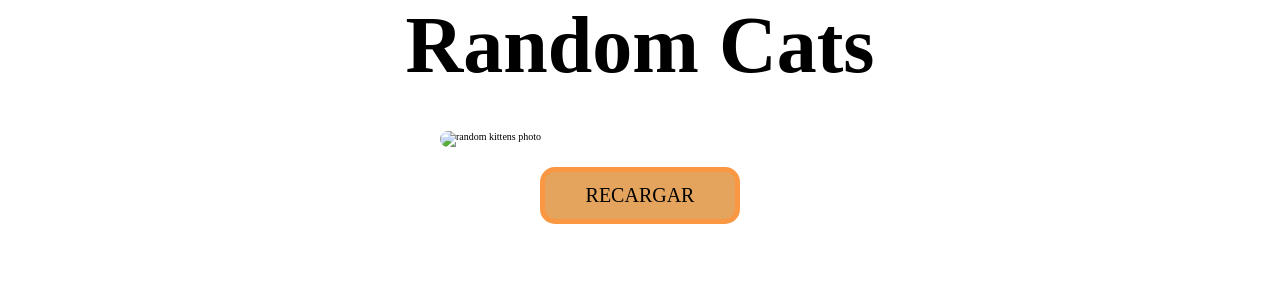
Repository: elto82/ConsumoAPIRESTjs
Page: index.html
The author's editor kept a copy of each file at every save. The page is drawn from the files as they stood at one save, then again after the next save.
The browser window is 1280 px wide. The pictures show the whole page.
The page's requests for data from a server got no answer.

Above is the page before, as saved 2022-07-02 18:08:24.

### index.html
<!DOCTYPE html>
<html lang="en">

<head>
  <meta charset="UTF-8">
  <meta http-equiv="X-UA-Compatible" content="IE=edge">
  <meta name="viewport" content="width=device-width, initial-scale=1.0">
  <title>Random Cats</title>
  <link rel="stylesheet" href="style.css">
</head>

<body>
  <header>
    <h1>Random Cats</h1>
  </header>
  <section class="container">
    <img alt="random kittens photo" class="image">
    <button class="random-cat-button" onclick="reload()">RECARGAR</button>

  </section>
  <script src="./main.js"></script>
</body>

</html>

### style.css
* {
  box-sizing: border-box;
  margin: 0px;
  padding: 0px;
}
html {
  font-size: 62.5%;
}
body {
  font-family: 'Square Peg', cursive;
}
header {
  display: flex;
  justify-content: center;
}
h1 {
  font-size: 8rem;
}
.container {
  display: flex;
  flex-direction: column;
  justify-content: center;
  place-items: center;
  padding: 20px;
}
.container .image {
  border-radius: 20px;
  margin: 20px;
  width: 40rem;
  height: auto;
}
.random-cat-button {
  align-items: center;
  background-color: rgb(228, 164, 94);
  border: 5px solid rgb(249, 151, 66);
  border-radius: 15px;
  cursor: pointer;
  font-family: 'Pacifico', cursive;
  font-size: 2rem;
  padding: 12px;
  width: 200px;
  height: auto;
}
.random-cat-button:hover {
  border: 5px solid rgb(228, 164, 94);
  background-color: rgb(227, 141, 67);
}

### main.js
const API_URL = "https://api.thecatapi.com/v1/images/search";

async function reload() {
  const res = await fetch(API_URL);
  const data = await res.json();
  const img = document.querySelector("img");
  img.src = data[0].url;
}
reload();

After the next save:
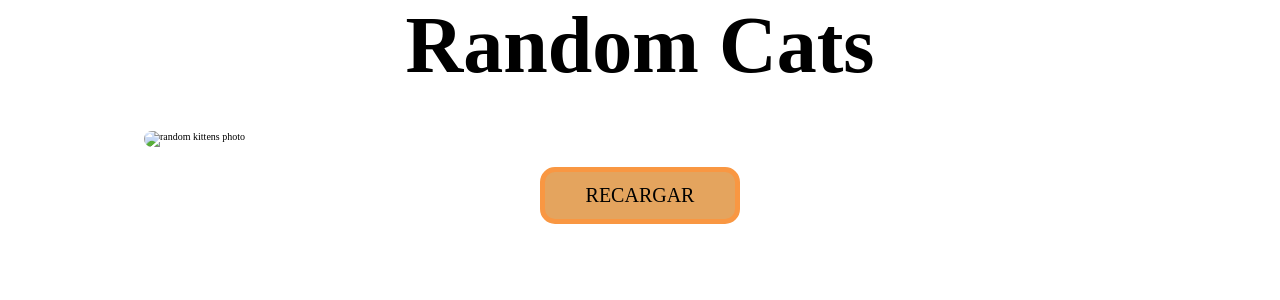
Saved 48 s later.
--- a/style.css
+++ b/style.css
@@ -26,7 +26,7 @@
 .container .image {
   border-radius: 20px;
   margin: 20px;
-  width: 40rem;
+  width: 80%;
   height: auto;
 }
 .random-cat-button {

After the save that followed:
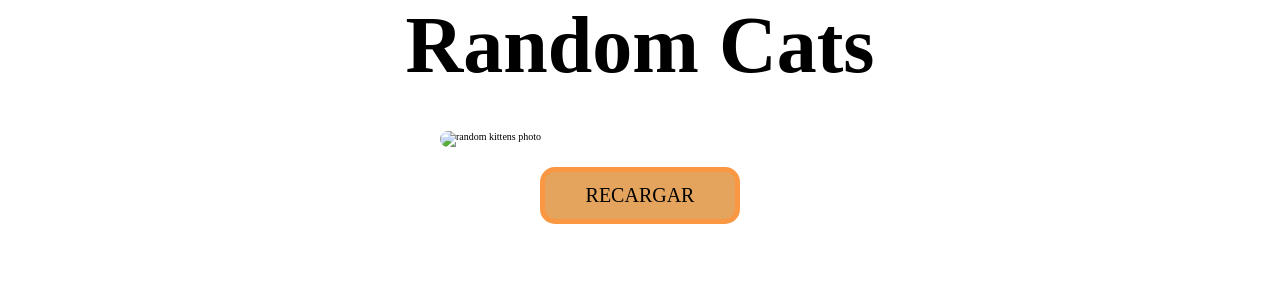
Saved 58 s later.
--- a/style.css
+++ b/style.css
@@ -26,7 +26,7 @@
 .container .image {
   border-radius: 20px;
   margin: 20px;
-  width: 80%;
+  width: 40rem;
   height: auto;
 }
 .random-cat-button {
